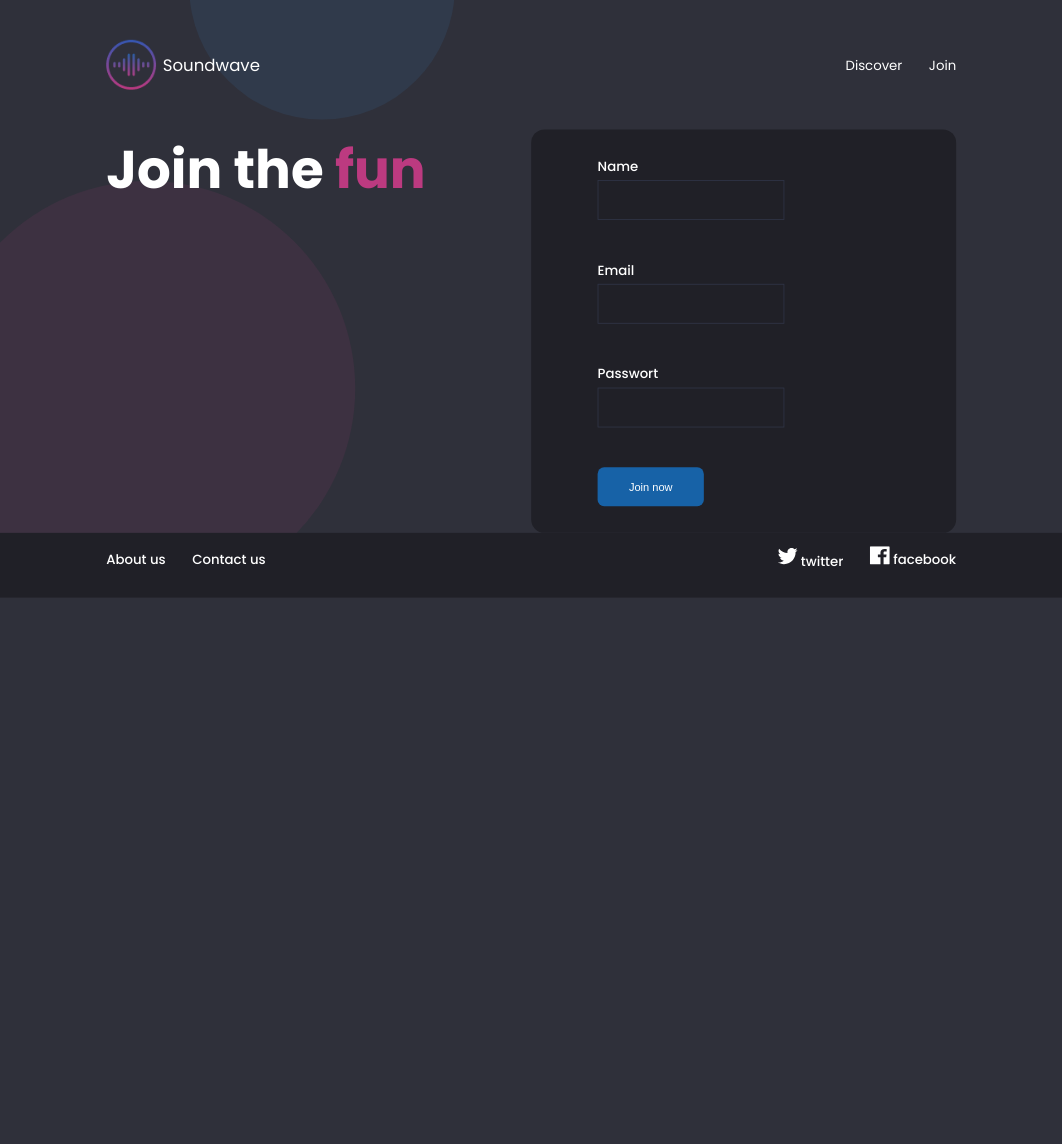
Repository: Hiiiij/soundwave
Page: pages/join.html
An editor plug-in stored every save of this project. The page is shown before and after a run of saves, followed by the edit.
The browser window is 1280 px wide. The pictures show the whole page, at 83% of full size.

Above is the page before, as saved 2020-07-06 11:21:46.

### pages/join.html
<!DOCTYPE html>
<html lang="en">
  <head>
    <meta charset="UTF-8" />
    <meta name="viewport" content="width=device-width, initial-scale=1.0" />
    <link rel="stylesheet" href="../style.css" />
    <title>Soundwave</title>
  </head>

  <body class="main-container page-content">
    <header class="header container">
      <a href="/" class="logo">
        <img src="../assets/icons/logo.png" alt="logo-soundwave" />
        <span class="logotype">Soundwave</span>
      </a>
      <nav class="header-nav">
        <ul>
          <li>
            <a href="/pages/discover.html">Discover</a>
          </li>
          <li>
            <a href="/pages/join.html">Join</a>
          </li>
        </ul>
      </nav>
    </header>
    <section class="join container">
      <div class="left-section">
          <h1 class="title">Join the <span class="fun">fun</span> </h1>
      </div>
      <div class="right-section">
        <form>

             <label for="name">Name</label>
             <input type="text" name="name" id="name"/>


             <label for="email">Email</label>
             <input type="email" name="email" id="email" />


             <label for="password">Passwort</label>
             <input type="password" name="passwort" id="passwort" />

           <div class="btn-container">
          <button class="button-primary" type="submit">Join now</button>
          </div>

        </form>
        </div>
    </section>
     <span class="pink joy-1"></span>
      <span class="blue joy-2"></span>



    <footer class="footer-nav">
      <div class="main-container container">
        <nav class="footer">
          <ul class="footer-navigation">
            <li><a href="about.html">About us</a></li>
            <li><a href="contact.html">Contact us</a></li>
          </ul>
          <ul class="social-links">
            <li>
              <a href="#" class="link">
                <svg
                  width="24"
                  height="24"
                  viewBox="0 0 24 24"
                  fill="none"
                  xmlns="http://www.w3.org/2000/svg"
                >
                  <g clip-path="url(#clip0)">
                    <path
                      d="M24 4.55705C23.117 4.94905 22.168 5.21305 21.172 5.33205C22.189 4.72305 22.97 3.75805 23.337 2.60805C22.386 3.17205 21.332 3.58205 20.21 3.80305C19.313 2.84605 18.032 2.24805 16.616 2.24805C13.437 2.24805 11.101 5.21405 11.819 8.29305C7.728 8.08805 4.1 6.12805 1.671 3.14905C0.381 5.36205 1.002 8.25705 3.194 9.72305C2.388 9.69705 1.628 9.47605 0.965 9.10705C0.911 11.388 2.546 13.522 4.914 13.997C4.221 14.185 3.462 14.229 2.69 14.081C3.316 16.037 5.134 17.46 7.29 17.5C5.22 19.123 2.612 19.848 0 19.54C2.179 20.937 4.768 21.752 7.548 21.752C16.69 21.752 21.855 14.031 21.543 7.10605C22.505 6.41105 23.34 5.54405 24 4.55705Z"
                      class="social-links"
                    />
                  </g>
                  <defs>
                    <clipPath id="clip0">
                      <rect width="24" height="24" class="social-icons" />
                    </clipPath>
                  </defs>
                </svg>
                twitter
              </a>
            </li>
            <li>
              <a href="#" class="link">
                <svg
                  width="24"
                  height="22"
                  viewBox="0 0 24 22"
                  fill="none"
                  xmlns="http://www.w3.org/2000/svg">

                  <g clip-path="url(#clip0)">
                    <path
                      class="social-links"
                      d="M22.675 0H1.325C0.593 0 0 0.543583 0 1.21458V20.7863C0 21.4564 0.593 22 1.325 22H12.82V13.4805H9.692V10.1603H12.82V7.71192C12.82 4.87025 14.713 3.32292 17.479 3.32292C18.804 3.32292 19.942 3.41367 20.274 3.454V6.424L18.356 6.42492C16.852 6.42492 16.561 7.08033 16.561 8.041V10.1613H20.148L19.681 13.4814H16.561V22H22.677C23.407 22 24 21.4564 24 20.7854V1.21458C24 0.543583 23.407 0 22.675 0V0Z"
                    />
                  </g>
                  <defs>
                    <clipPath id="clip0">
                      <rect width="24" height="22" class="social-links" />
                    </clipPath>
                  </defs>
                </svg>
                facebook
              </a>
            </li>
          </ul>
        </nav>
      </div>
    </footer>
  </body>
</html>

### style.css
@import url("https://fonts.googleapis.com/css?family=Poppins:400,500,700");

*,
*::before,
*::after {
  box-sizing: border-box;
}

:root {
  /* colors  */
  --main-bg-color: #2f303a;
  --pink-circle: rgb(188, 58, 128);
  --blue-circle: #2f3446;
  --footer-bg: #202027;
  --primary-link-hover: #a07fe8;
  --button-primary: #1762a7;
  --button-hover: #3a90e1;
  --accent-text: #bc3a80;
  --primary-text: #ffffff;
  --link-hover: #ffb515;

  /* typography */
  --h4-font-size: 1rem;
  --h1-font-size: 3rem;
  --h2-font-size: 1.5rem;
   --extrabig-font-size:4rem;
  --logo-font-size: 1.25rem;
  --btn-text: 0.75rem;
  --font-bold: 500;
  --font-extra-bold:700;

  /* breakpoitns */
  --xs-breakpoint: 0px;
  --sm-breakpoint: 600px;
  --md-breakpoint: 960px;
  --lg-breakpoint: 1280px;
  --xl-breakpoint: 1920px;
}

/* General styles */
body {
  padding: 0;
  margin: 0;
  font-family: "Poppins", sans-serif;
  background-color: var(--main-bg-color);
  color: var(--primary-text);
  font-size: var(--h4-font-size);
  min-height: 100vh;
  overflow: hidden;
}

.page-content {
  display: flex;
  flex-direction: column;
  justify-content: space-between;
}
.main-container {
  height: 100vh;
  /* width:100vw; */
}

.container {
  width: 80vw;
  margin: 0 auto;
}

.header,
.footer {
  display: flex;
  justify-content: space-between;
  align-items: center;

}
.header {
  padding: 3rem 0;
}

.logo {
  display: flex;
  align-items: center;
  color: inherit;
  font-size: var(--h3-font-size);
  text-decoration: none;
}

.logotype {
  margin-left: 0.5rem;
  font-size: var(--logo-font-size);
}

.header-nav ul,
.footer-nav ul {
  display: flex;
  list-style: none;
  margin: 0;
  padding: 0;

}
.footer-navigation  li{
  text-align: center;
}

.header-nav > ul > li:not(:last-child) {
  margin-right: 2rem;
}

.header-nav a,
.footer-nav a {
  text-decoration: none;
  color: inherit;

}

.header-nav a:hover {
  color: var(--link-hover);
}


.title {
  font-weight: var(--font-bold);
  font-size: var(--h1-font-size);
  margin-bottom: 0;
  margin-top: 0;
}

.subt {
  font-weight: var(--font-bold);
  font-size: var(--h2-font-size);
  margin-top: 0.75rem;
  margin-bottom: 3rem;
}

.button-primary {
  border: 0;
  padding-top: 1rem;
  padding-bottom: 1rem;
  width: 8rem;
  display: inline-block;
  border-radius: 0.5rem;
  background-color: var(--button-primary);
  text-align: center;
  color: var(--primary-text);
  text-decoration: none;
}

.home {
  flex: 1;
}

.home,
.discover {
  display: flex;
}

.home .img-wrapper {
  display: flex;
  flex-grow: 1;
  flex-direction: column;
  align-items: stretch;
  justify-content: flex-end;
}

.img {
  background-image: url(./assets/images/landing-page-girl.png);
  background-repeat: no-repeat;
  flex-grow: 1;
  /* max-height:80vh;  */
  min-width: 40vw;
  min-height: 60vh;
  max-width: 515px;
  z-index: 2;
  background-size: 80%;
  background-position: 0 bottom;

  background-position: 0 bottom;
  align-items: center;
  justify-content: flex-end;
}

.home .heading {
  display: flex;
  flex-direction: column;
  align-items: flex-start;
  align-self: center;
}

@media (max-width: 900px) {
  .home .img-wrapper .img {
    display: none;
  }
  .home {
    justify-content: center;
    align-items: center;
  }

  .home .heading {
    align-items: center;
  }
  .discover{
    display: flex;
    flex-direction: column;
    align-items: center;
    justify-content: center;
  }
  .left-section
  .image-section .cover{
    display:flex;
    flex-direction: column;
    justify-content: center;
    max-width: 80%;
    margin-top:1.5rem;
  }

}

.blue,
.pink,
.half-blue {
  border-radius: 50%;
  opacity: 0.1;
  display: block;
  position: absolute;
  z-index: -1;
  height: 25vw;
  width: 25vw;
}

.blue {
  background-color: var(--button-hover);
  top: 20%;
  left: 35%;
}

.pink {
  background-color: var(--accent-text);
  top: 65%;
  left: 10%;
}

.half-blue {
  height: 40vw;
  width: 40vw;
  right: 0;
  bottom: 0;
  overflow: hidden;
  border-radius: 0;
}

.home .half-blue::before {
  content: "";
  position: absolute;
  bottom: 0;
  right: 0;
  width: 100%;
  height: 100%;
  border-radius: 50%;
  transform: translate(40%, 40%);
  background-color: var(--button-hover);
}

/* span.pink .joy-1{
width: 70vw;
height: 70vw;
transform: scale(3);
transform:translateX(-15%);
}
.blue .joy-2{
width: 70vw;
height: 70vw;
transform: scale(3);
transform:translateX(-15%);
} */
 span.pink.joy-1 {
    /* transform: scale(1.5); */
    width: 500px;
    height: 500px;
    transform: translate(-200px, -50%);
}
span.blue.joy-2 {
    transform: translate(-220px,-320px);
}
.footer-nav {
  padding: 1rem 0;
  background-color: var(--footer-bg);
  font-weight: var(--font-bold);
  max-height: 78px;
}

.footer > ul > li:not(:last-child) {
  margin-right: 2rem;
}

.footer .social-links {
  fill: var(--primary-text);
  /* align-items: center; */
}
.footer-navigation a:hover, .footer-navigation a:focus, .footer-navigation a:active  {
  color: var(--link-hover);
}

.social-links a:hover, .social-links a:focus, .social-links a:active {
  color: var(--button-hover);
}
.footer a:hover .social-links {
  fill: var(--button-hover);
}

/* section Discover*/

.discover {
  max-width: 80vw;
  margin: 0 auto;
}

.image-section {
  margin-left: 4rem;
  min-width: 200px;

}

.cover {
  width: 100%;
}

.icon {
  max-width: 2rem;

}

.icon-description {
  margin-top: 1rem;
  margin-bottom: 0;
  min-width: 75px;
  text-align: center;
}

.icons-grid {
  display: flex;
  flex-direction: row;
  margin-top: 3rem;
  margin-bottom: 3rem;

}

.icon-grid-item {
  background-color: var(--footer-bg);
  display: flex;
  flex-direction: column;
  justify-content: center;
  align-items: center;
  padding: 1rem;
  border-radius: 0.5rem;
}

.icon-grid-item:not(:last-child) {
  margin-right: 2rem;
}
.subt {
  margin-top: 3rem;
}


/*section join*/
.join {
  display:flex;
  justify-content: space-between;
  /* align-items: center; */
}
.join left-section{
  flex-grow: 1;
}

.join .title{
 font-weight: var(--font-extra-bold);
 font-size:var(--extrabig-font-size);

}
.left-section .fun{
  color: var(--accent-text);
  font-weight: var(--font-extra-bold);
}

.right-section{
  display:flex;
  flex-grow: 1;
   align-items: center;
   background-color: var(--footer-bg);
   padding: 2rem;
   border-radius: 1rem;
   width:50vw;
  max-width: 50%;
  min-width: 40%;
}

form{
  display: flex;
  flex-direction: column;
  /* justify-content: flex-end; */
  /* align-items: center; */



  margin-left: 3rem;
  border-radius: 1rem;

}

label{
  margin-bottom: .25rem;
  font-weight: var(--font-bold);
}
input{
margin-bottom: 3rem;
height: 3rem;
background: none;
outline: none;
border:1px solid var(--blue-circle);
font-size: var(--primary-text);
padding:.5rem ;
color:inherit;
}

input:focus{
  border-color: var(--accent-text)
}

After the next 2 saves:
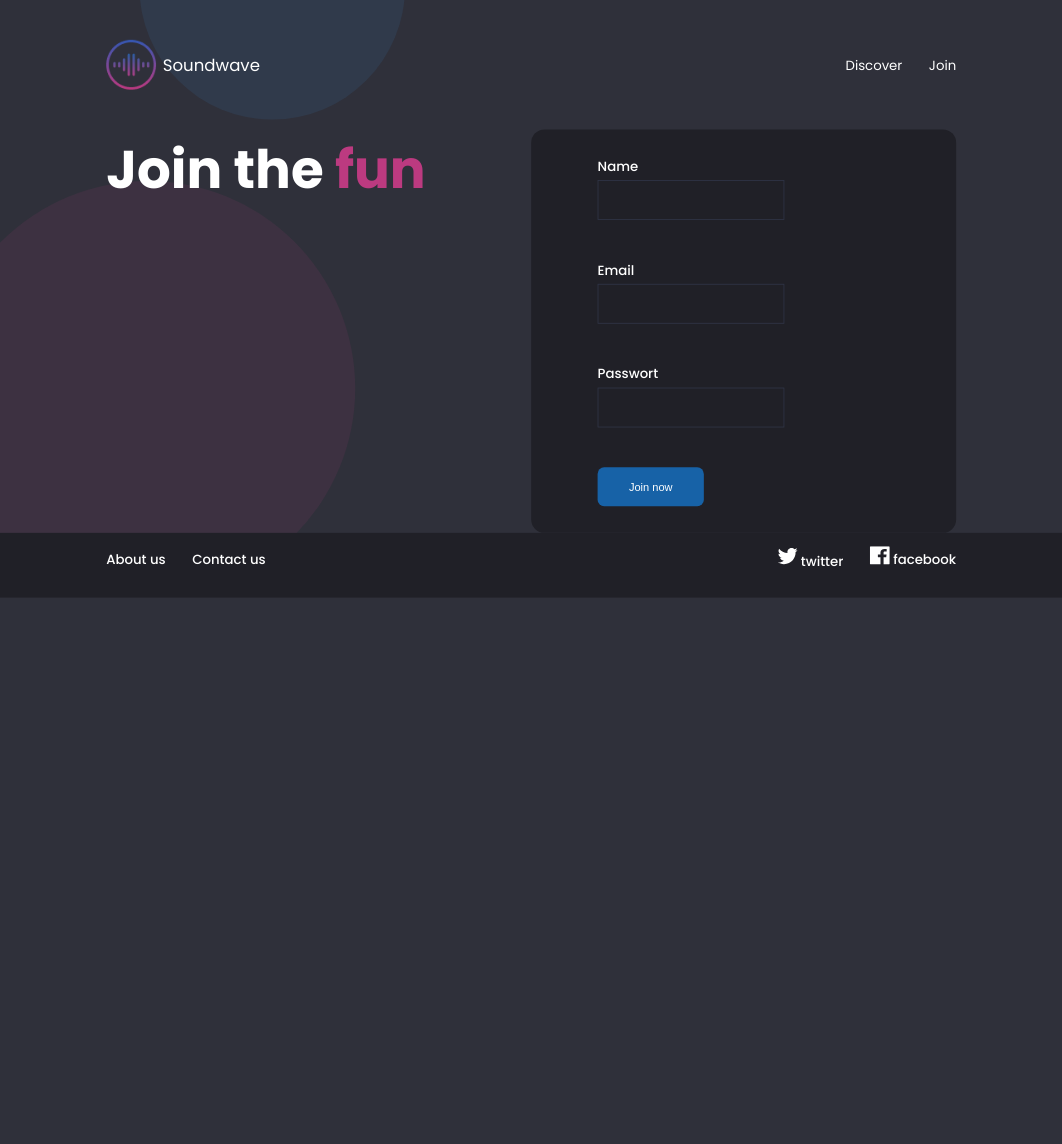
The 2 saves are shown as one change because they came seconds apart.
The last was saved 16 s later.
--- a/style.css
+++ b/style.css
@@ -277,7 +277,7 @@ transform:translateX(-15%);
     transform: translate(-200px, -50%);
 }
 span.blue.joy-2 {
-    transform: translate(-220px,-320px);
+    transform: translate(-280px,-320px);
 }
 .footer-nav {
   padding: 1rem 0;
